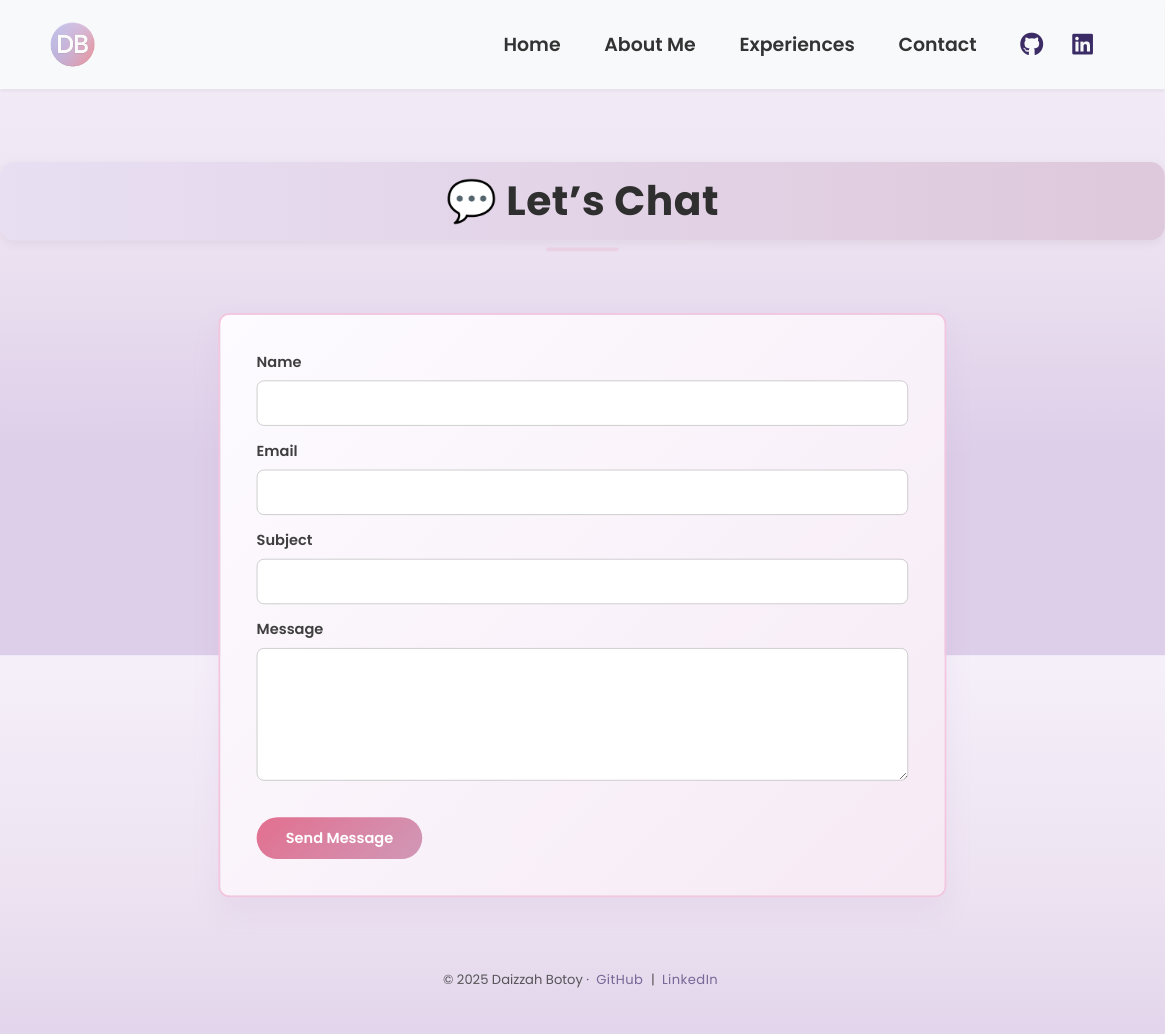
Repository: daizzah/daizzah-portfolio
Page: html/contact.html
The author's editor kept a copy of each file at every save. The page is drawn from the files as they stood at one save, then again after the next save.
The browser window is 1280 px wide. The pictures show the whole page, at 91% of full size.
Backgrounds fixed to the window are drawn as part of the page.

Above is the page before, as saved 2025-04-02 22:51:43.

After the next save:
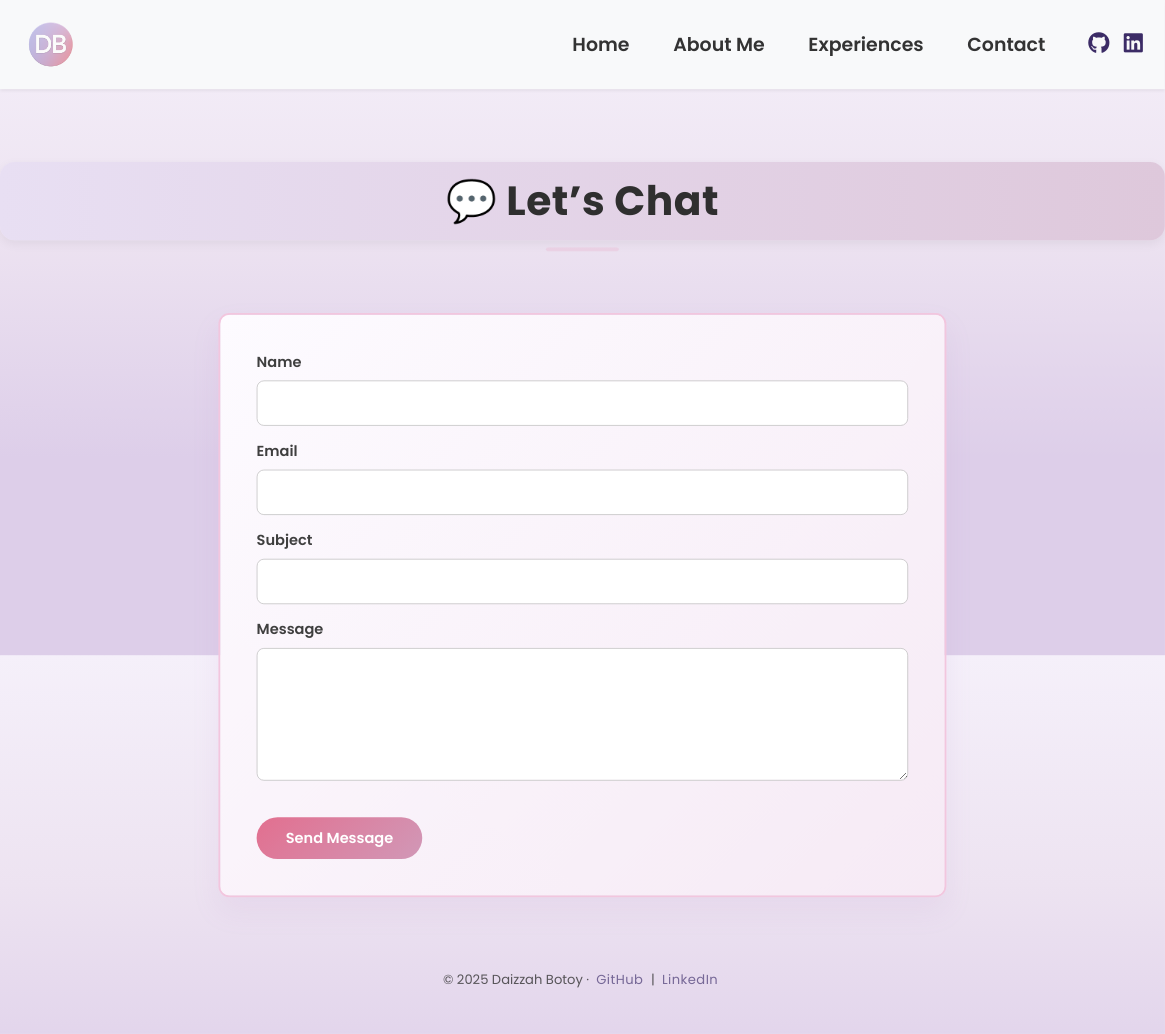
Saved 24 s later.
--- a/html/contact.html
+++ b/html/contact.html
@@ -14,61 +14,61 @@
   <link rel="stylesheet" href="../styles.css" />
 </head>
 <body>
-  <nav class="navbar navbar-expand-lg navbar-light bg-light sticky-top shadow-sm">
-    <div class="container">
-      <a class="navbar-brand" href="home.html">
-        <img
-          src="../assets/db_icon.png"
-          alt="DB Logo"
-          style="height: 50px; width: 50px; border-radius: 50%"
-        />
-      </a>
-      <button
-        class="navbar-toggler"
-        type="button"
-        data-bs-toggle="collapse"
-        data-bs-target="#navbarNav"
-      >
-        <span class="navbar-toggler-icon"></span>
-      </button>
-
-      <div class="collapse navbar-collapse" id="navbarNav">
-        <ul class="navbar-nav ms-auto gap-3 align-items-center">
-          <li class="nav-item">
-            <a class="nav-link" href="home.html">Home</a>
-          </li>
-          <li class="nav-item">
-            <a class="nav-link" href="aboutme.html#aboutme">About Me</a>
-          </li>
-          <li class="nav-item">
-            <a class="nav-link" href="experiences.html#experiences">Experiences</a>
-          </li>
-          <li class="nav-item">
-            <a class="nav-link" href="contact.html#contact">Contact</a>
-          </li>
-          <!-- Icons properly inside the ul -->
-          <li class="nav-item d-flex align-items-center">
-            <a
-              href="https://github.com/yourgithub"
-              target="_blank"
-              class="nav-link px-2"
-              aria-label="GitHub"
-            >
-              <i class="fab fa-github fa-lg"></i>
-            </a>
-            <a
-              href="https://linkedin.com/in/yourlinkedin"
-              target="_blank"
-              class="nav-link px-2"
-              aria-label="LinkedIn"
-            >
-              <i class="fab fa-linkedin fa-lg"></i>
-            </a>
-          </li>
-        </ul>
-      </div>
+  <nav
+  class="navbar navbar-expand-lg navbar-light bg-light sticky-top shadow-sm"
+>
+  <div class="container">
+    <a class="navbar-brand" href="home.html">
+      <img
+        src="../assets/db_icon.png"
+        alt="DB Logo"
+        style="height: 50px; width: 50px; border-radius: 50%"
+      />
+    </a>
+    <button
+      class="navbar-toggler"
+      type="button"
+      data-bs-toggle="collapse"
+      data-bs-target="#navbarNav"
+    >
+      <span class="navbar-toggler-icon"></span>
+    </button>
+    <div class="collapse navbar-collapse" id="navbarNav">
+      <ul class="navbar-nav ms-auto gap-3">
+        <li class="nav-item">
+          <a class="nav-link" href="home.html">Home</a>
+        </li>
+        <li class="nav-item">
+          <a class="nav-link" href="aboutme.html#aboutme">About Me</a>
+        </li>
+        <li class="nav-item">
+          <a class="nav-link" href="experiences.html#experiences">
+            Experiences
+          </a>
+        </li>
+        <li class="nav-item">
+          <a class="nav-link" href="contact.html#contact">Contact</a>
+        </li>
+      </ul>
     </div>
-  </nav>
+  </div>
+  <li class="nav-item d-flex align-items-center">
+    <a
+      href="https://github.com/yourgithub"
+      target="_blank"
+      class="nav-link px-2"
+    >
+      <i class="fab fa-github fa-lg"></i>
+    </a>
+    <a
+      href="https://linkedin.com/in/yourlinkedin"
+      target="_blank"
+      class="nav-link px-2"
+    >
+      <i class="fab fa-linkedin fa-lg"></i>
+    </a>
+  </li>
+</nav>
 
 
 
